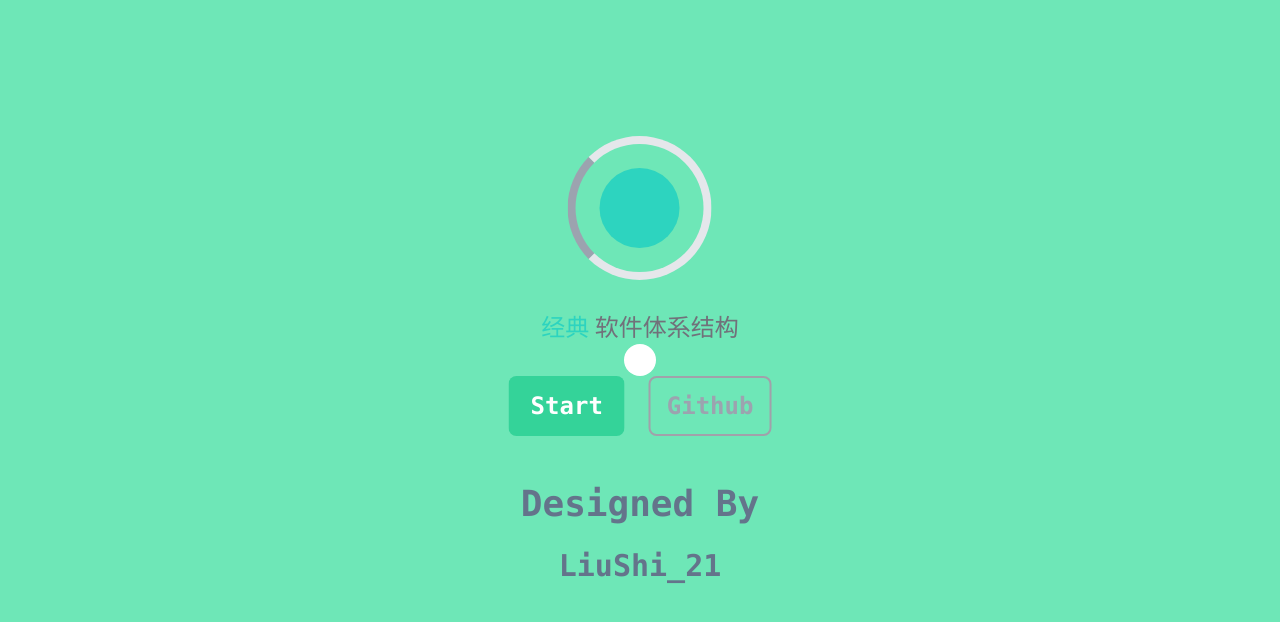
Repository: MarchRory/software_architecture_lab2
Page: / (app in lab2/)
An editor plug-in stored every save of this project. The page is shown before and after the next save, followed by the edit.
The browser window is 1280 px wide. The pictures show the whole page.
The project was rebuilt for these pictures with package versions that can differ from the ones it lists, and the page was loaded fresh each time. Also part of the build but not shown: lab2/vite.config.ts. Imported but missing from the stored project, and not drawn on this page: lab2/src/views/OOP/index.vue, lab2/src/views/PipFilter/index.vue, lab2/src/views/eventsSys/index.vue, lab2/src/views/mainChild/index.vue.

Above is the page before, as saved 2023-11-17 22:19:59.

### lab2/index.html
<!Doctype html>
<html lang="en">
  <head>
    <meta charset="UTF-8" />
    <link rel="icon" type="image/svg+xml" href="/vite.svg" />
    <meta name="viewport" content="width=device-width, initial-scale=1.0" />
    <title>经典软件体系结构</title>
  </head>
  <body>
    <div id="app"></div>
    <script type="module" src="/src/main.ts"></script>
  </body>
</html>

### lab2/src/main.ts
import { createApp } from 'vue'
import './style.css'
import './style/index.css'
import hljs from 'highlight.js/lib/core'
import 'highlight.js/styles/androidstudio.css'
import java from 'highlight.js/lib/languages/java'
import router from '@/router/index'
import pinia from '@/store/index'
import App from './App.vue'
import "tailwindcss/tailwind.css"
const vueApp = createApp(App)
hljs.registerLanguage('java', java)
// 高亮指令
vueApp.directive('highlight', (el) => {
    const blocks = el.querySelectorAll('pre code')
    blocks.forEach((block: any) => {
        hljs.highlightElement(block)
    })
})
vueApp.use(router).use(pinia).mount('#app')

### lab2/src/style.css
:root {
  font-family: Inter, system-ui, Avenir, Helvetica, Arial, sans-serif;
  line-height: 1.5;
  font-weight: 400;

  color-scheme: light dark;
  color: rgba(255, 255, 255, 0.87);
  background-color: #242424;

  font-synthesis: none;
  text-rendering: optimizeLegibility;
  -webkit-font-smoothing: antialiased;
  -moz-osx-font-smoothing: grayscale;
  -webkit-text-size-adjust: 100%;
}

a {
  font-weight: 500;
  color: #646cff;
  text-decoration: inherit;
}
a:hover {
  color: #535bf2;
}

body {
  margin: 0;
  display: flex;
  place-items: center;
  min-width: 320px;
  min-height: 100vh;
}

@media (prefers-color-scheme: light) {
  :root {
    color: #213547;
    background-color: #ffffff;
  }
  a:hover {
    color: #747bff;
  }
  button {
    background-color: #f9f9f9;
  }
}

### lab2/src/router/index.ts
import { createRouter, createWebHashHistory, RouteRecordRaw } from "vue-router";
export const routes: Array<RouteRecordRaw> = [
    {
        path: '/',
        name: 'hello',
        meta: {
            tabName: '主页'
        },
        component: () => import('@/layout/index.vue'),
        redirect: '/home',
        children: [
            {
                path: '/home',
                name: 'home',
                component: () => import('@/views/hello/index.vue'),
                meta: {
                    title: '首页'
                }
            }, {
                path: '/mainChild',
                name: 'mainChild',
                component: () => import('@/views/mainChild/index.vue'),
                meta: {
                    title: '主用户-子程序'
                }
            }, {
                path: '/OOP',
                name: "OOP",
                component: () => import('@/views/OOP/index.vue'),
                meta: {
                    title: '面向对象'
                }
            }, {
                path: '/eventSys',
                name: "eventSys",
                component: () => import("@/views/eventsSys/index.vue"),
                meta: {
                    title: '事件系统'
                }
            }, {
                path: '/pipFilter',
                name: "pipFilter",
                component: () => import('@/views/PipFilter/index.vue'),
                meta: {
                    title: "管道- 过滤器"
                }
            }
        ]
    },
]

const router = createRouter({
    history: createWebHashHistory(),
    routes
})

export default router

### lab2/src/store/index.ts
import { createPinia } from 'pinia';

const stores = createPinia();

export default stores;

### lab2/src/App.vue
<script setup lang="ts">
	import { defineAsyncComponent, ref } from 'vue';
	import { useRouter } from 'vue-router';
	const router = useRouter();
	const FELoad = ref(true);
	const FELoading = defineAsyncComponent(() => import('@/components/FELoading/index.vue'));
</script>

<template>
	<div id="app">
		<FELoading v-if="FELoad" />
		<router-view style="z-index: 999"></router-view>
	</div>
</template>

<style>
	#app {
		width: 100vw;
		height: 100vh;
	}
	::-webkit-scrollbar {
		width: 8px;
	}
	::-webkit-scrollbar-thumb {
		background-color: rgb(69, 199, 202);
		border-radius: 15px;
	}
	::-moz-scrollbar {
		width: 8px;
	}
	::-moz-scrollbar-thumb {
		background-color: rgb(69, 199, 202);
	}
</style>

### lab2/src/layout/index.vue
<script setup lang="ts">
	import { defineAsyncComponent } from 'vue';
	const Navbar = defineAsyncComponent(() => import('./navbar.vue'));
	const APPMain = defineAsyncComponent(() => import('./Main.vue'));
</script>

<template>
	<div class="flex flex-col items-center w-full h-full">
		<Navbar />
		<APPMain class="flex-1" />
	</div>
</template>

### lab2/src/views/hello/index.vue
<script setup lang="ts">
	import { useRouter } from 'vue-router';
	const router = useRouter();
	function enterPage() {
		router.push({
			path: '/mainChild',
		});
	}
</script>

<template>
	<div
		style="position: absolute; left: 50%; top: 50%; transform: translate(-50%, -50%)"
		class="flex flex-col items-center justify-around h-fit"
	>
		<div
			class="flex items-center justify-center mb-8 border-8 rounded-full w-36 h-36 border-l-gray-400"
		>
			<div class="w-20 h-20 bg-teal-400 rounded-full"></div>
		</div>
		<div class="mb-8 space-x-2 text-2xl font-bold text-zinc-500">
			<span class="text-teal-400">经典</span>
			软件体系结构
		</div>
		<div class="flex items-center justify-between" style="width: 110%">
			<div
				@click="enterPage"
				class="flex items-center justify-center px-5 py-3 font-mono text-2xl font-bold text-white border-2 border-transparent rounded-lg hover:cursor-pointer bg-emerald-400"
			>
				Start
			</div>
			<a
				href="https://github.com/MarchRory"
				target="_blank"
				class="flex items-center justify-center px-4 py-3 font-mono text-2xl font-bold text-gray-400 border-2 rounded-lg hover:cursor-pointer border-zinc-400 hover:text-gray-400"
			>
				Github
			</a>
		</div>

		<div class="flex flex-col justify-center mt-12 font-mono font-bold w-fit text-slate-500">
			<div class="text-4xl">Designed By</div>
			<br />
			<div style="margin: 0 auto" class="text-3xl">LiuShi_21</div>
		</div>
	</div>
</template>

<style scoped></style>

### lab2/src/components/FELoading/index.vue
<script setup lang="ts"></script>

<template>
	<div class="FE">
		<div class="ball"></div>
	</div>
</template>

<style scoped>
	.FE {
		@apply fixed w-full h-full bg-emerald-300 flex items-center justify-center;
	}
	.ball {
		@apply absolute w-8 h-8 rounded-full bg-white;
	}
</style>

### lab2/src/layout/navbar.vue
<script setup lang="ts">
	import { useRouter, useRoute, RouteRecordRaw } from 'vue-router';
	import { routes } from '@/router';
	import { ref } from 'vue';
	const router = useRouter();
	const route = useRoute();
	const Navlist = ref();
	function initNav() {
		Navlist.value = routes[0].children?.map((route: RouteRecordRaw) => {
			return {
				path: route.path,
				title: route?.meta.title,
			};
		});
	}
	initNav();
	function switchTab(path: string) {
		router.push({
			path: path,
		});
	}
</script>

<template>
	<div class="flex items-center justify-around w-full h-16 shadow-lg">
		<ul class="flex items-center justify-start list-none">
			<li class="flex items-center justify-center w-8 h-8 border-4 rounded-full border-l-gray-400">
				<div class="w-4 h-4 bg-teal-400 rounded-full"></div>
			</li>
			<li class="font-mono text-2xl navFont">Software Architecture</li>
		</ul>
		<ul class="flex min-w-fit">
			<li
				@click="switchTab(navItem.path)"
				class="mr-8 font-sans text-lg transition-all navFont hover:cursor-pointer"
				:class="[route.path == navItem.path ? 'active' : '']"
				v-for="(navItem, index) in Navlist"
				:key="index"
			>
				{{ navItem.title }}
			</li>
		</ul>
	</div>
</template>

<style scoped>
	.navFont {
		@apply ml-2 font-bold;
	}
	.active {
		color: rgb(80, 178, 178);
	}
	/* 	.active::before {
		display: block;
		content: '';
		position: absolute;
		width: 12px;
		height: 12px;
		border-radius: 50%;
		background-color: rgb(80, 178, 178);
		transform: translate(100%, 50%);
	} */
</style>

### lab2/src/layout/Main.vue
<script setup lang="ts">
	import { nextTick, ref, watch } from 'vue';
	import { useScrollStore } from '@/store/modules/scroll/index';
	import { useScroll } from '@/hooks/useScroll';
	import router from '@/router';
	const scrollStore = useScrollStore();
	scrollStore.init();
	const main = ref<HTMLDivElement>();
	const { pageScroll } = useScroll();
	router.beforeEach((to, from, next) => {
		pageScroll.value = 0;
		if (main.value) {
			scrollStore.update(from.fullPath, main.value.scrollTop);
			next();
		}
	});
	router.afterEach((to, from) => {
		nextTick(() => {
			if (main.value) {
				main.value.scrollTop = scrollStore.useScroll(to.fullPath) as number;
			}
		});
	});
	watch(
		() => pageScroll.value,
		(newV) => {
			let scrollTopTo = newV;
			if (main.value)
				main.value.scrollTo({ top: scrollTopTo > 0 ? scrollTopTo : 0, behavior: 'smooth' });
		},
	);
</script>

<template>
	<div class="w-full h-auto px-56 pt-4 overflow-auto" ref="main">
		<router-view v-slot="{ Component }">
			<keep-alive>
				<component :is="Component" />
			</keep-alive>
		</router-view>
	</div>
</template>

### lab2/src/store/modules/scroll/index.ts
import { defineStore } from "pinia";
import { routes } from "@/router";
import { RouteRecordRaw } from "vue-router";
interface ScrollType {
    scrollMap: Map<string, number>
}
export const useScrollStore = defineStore('useScrollStore', {
    state: (): ScrollType => {
        return {
            scrollMap: new Map()
        }
    },
    actions: {
        init(): void {
            const paths = routes[0].children?.map((route: RouteRecordRaw) => {
                return {
                    path: route.path,
                };
            });
            paths?.forEach((item, index) => {
                this.scrollMap.set(item.path, 0)
            })
        },
        update(routePath: string, scrollTop: number): void {
            this.scrollMap.set(routePath, scrollTop)
        },
        useScroll(routePath: string): number | undefined {
            return this.scrollMap.get(routePath)
        }
    }
})

### lab2/src/hooks/useScroll.ts

import { ComponentInternalInstance, getCurrentInstance, ref } from 'vue'
const pageScroll = ref(0)
export const useScroll = () => {
    return {
        pageScroll
    }
}

Loaded but not shown: lab2/src/style/index.css (common file); lab2/tailwind.config.js (common file)

After the next save:
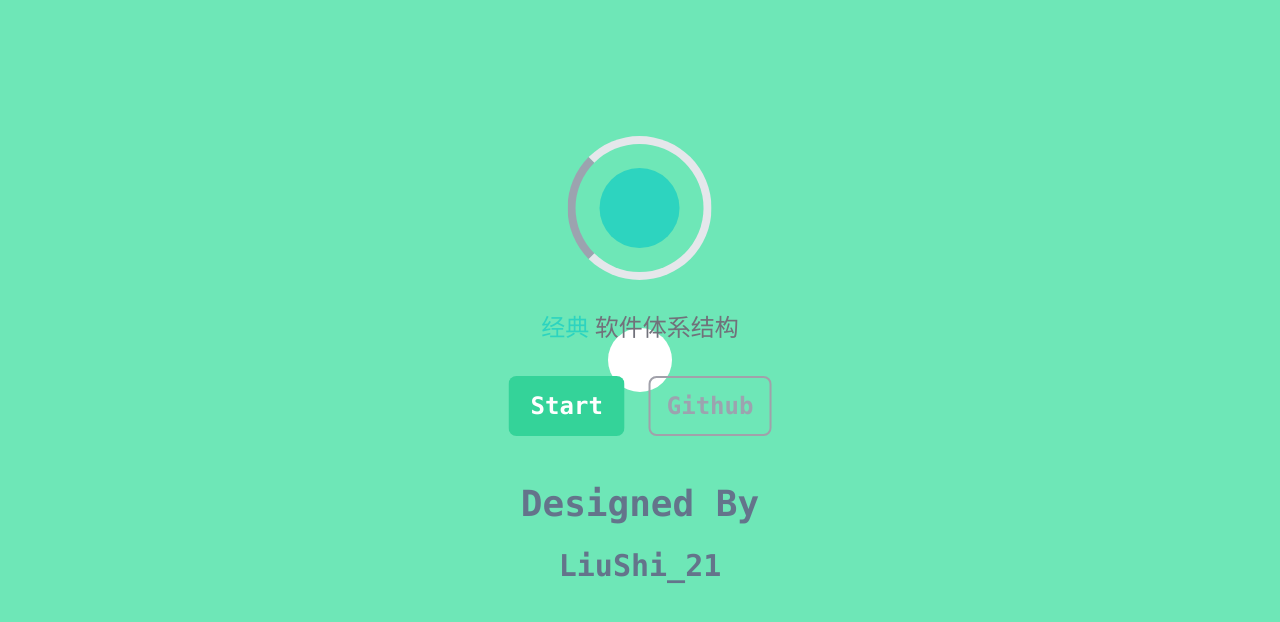
Saved 5 s later.
--- a/lab2/src/components/FELoading/index.vue
+++ b/lab2/src/components/FELoading/index.vue
@@ -11,6 +11,6 @@
 		@apply fixed w-full h-full bg-emerald-300 flex items-center justify-center;
 	}
 	.ball {
-		@apply absolute w-8 h-8 rounded-full bg-white;
+		@apply absolute w-16 h-16 rounded-full bg-white;
 	}
 </style>
